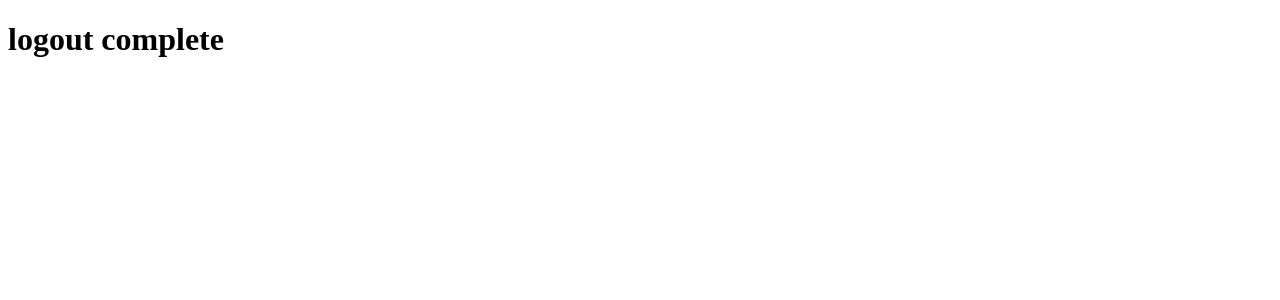
Repository: supremehappy/JSP_test02
Page: http://localhost/Myhome/logoutResult.jsp
The author's editor kept a copy of each file at every save. The page is drawn from the files as they stood at one save, then again after the next save.
The browser window is 1280 px wide. The pictures show the whole page.
The page is served by Tomcat 9. Other server files are loaded and not shown.

Above is the page before, as saved 2017-07-26 02:45:21.

### Myhome/WebContent/logoutResult.jsp
<%@ page language="java" contentType="text/html; charset=UTF-8"
    pageEncoding="UTF-8"%>
<!DOCTYPE html PUBLIC "-//W3C//DTD HTML 4.01 Transitional//EN" "http://www.w3.org/TR/html4/loose.dtd">
<html>
<head>
<meta http-equiv="Content-Type" content="text/html; charset=UTF-8">
<title>Insert title here</title>
</head>
<body>
<h1>logout complete</h1>
</body>
</html>

After the next save:
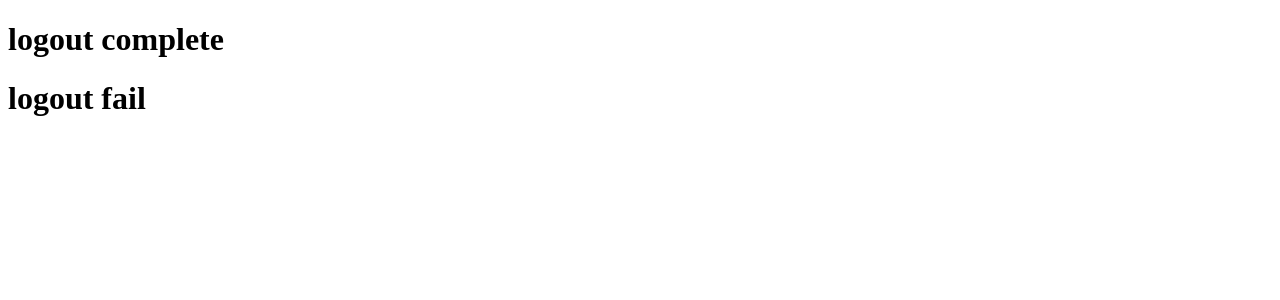
Saved 22 s later.
--- a/Myhome/WebContent/logoutResult.jsp
+++ b/Myhome/WebContent/logoutResult.jsp
@@ -8,5 +8,6 @@
 </head>
 <body>
 <h1>logout complete</h1>
+<h1>logout fail</h1>
 </body>
 </html>
